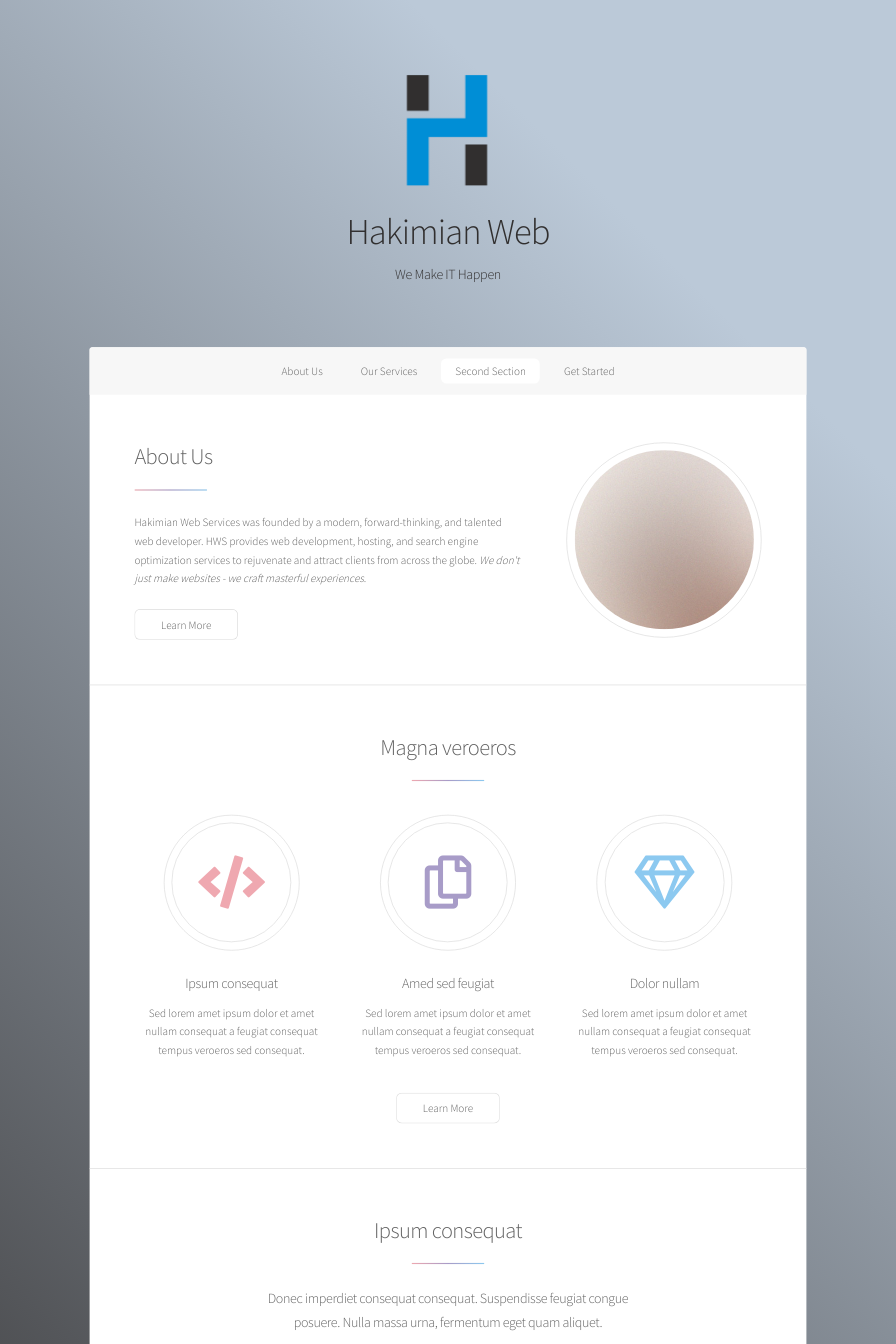
Repository: AidanHak/hakimianweb
Page: index.html
The author's editor kept a copy of each file at every save. The page is drawn from the files as they stood at one save, then again after the next save.
The browser window is 1280 px wide. The pictures show the part of the page from y = 0 to 1920 px (the page is 3348 px tall), at 70% of full size.

Above is the page before, as saved 2022-03-12 21:11:48.

After the next save:
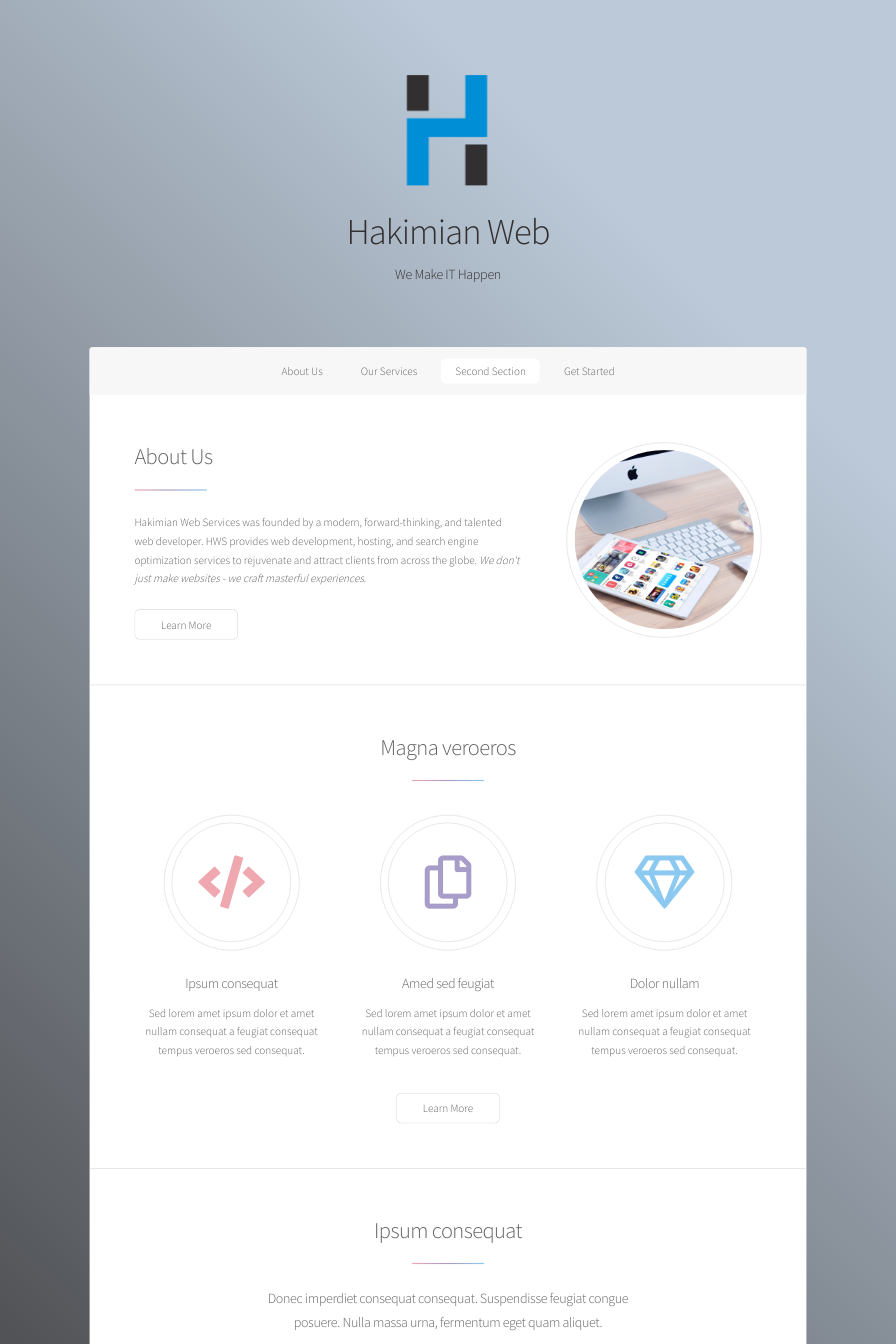
Saved 3 min 3 s later.
--- a/index.html
+++ b/index.html
@@ -77,7 +77,7 @@
 											<li><a href="generic.html" class="button">Learn More</a></li>
 										</ul>
 									</div>
-									<span class="image"><img src="images/pic01.jpg" alt="" /></span>
+									<span class="image"><img src="images/about-us.jpg" alt="" /></span>
 								</div>
 							</section>
 
